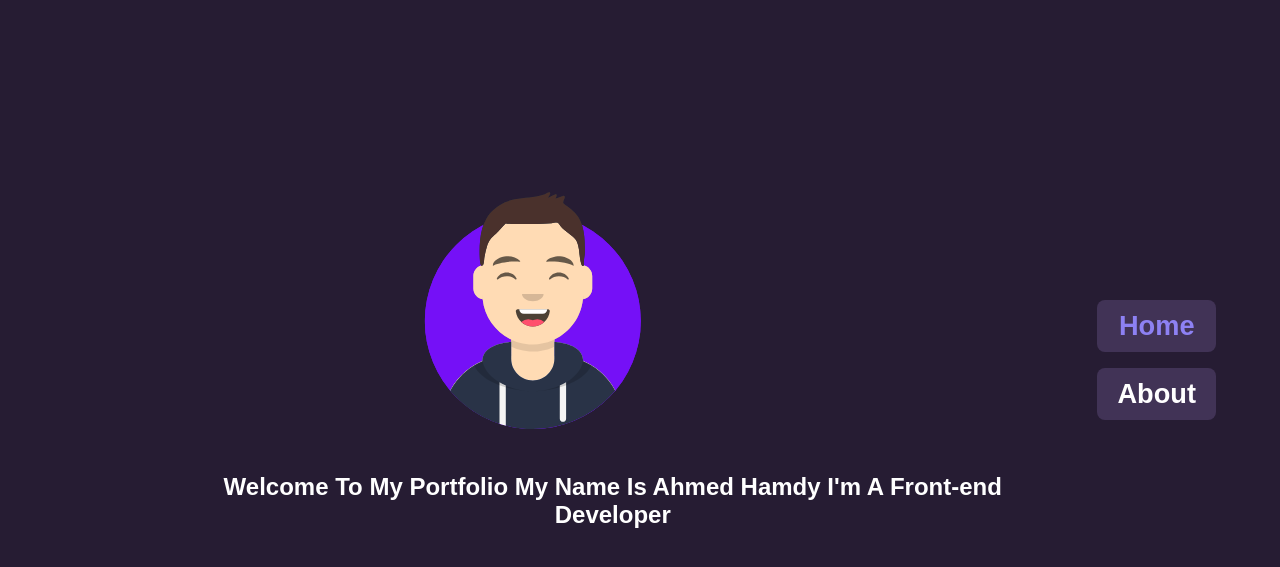
Repository: ahamdy997/portfolio
Page: /
An editor plug-in stored every save of this project. The page is shown before and after the next save, followed by the edit.
The browser window is 1280 px wide. The pictures show the whole page.
The project was rebuilt for these pictures with package versions that can differ from the ones it lists, and the page was loaded fresh each time. Also part of the build but not shown: vue.config.js.

Above is the page before, as saved 2023-11-05 23:10:19.

After the next save:
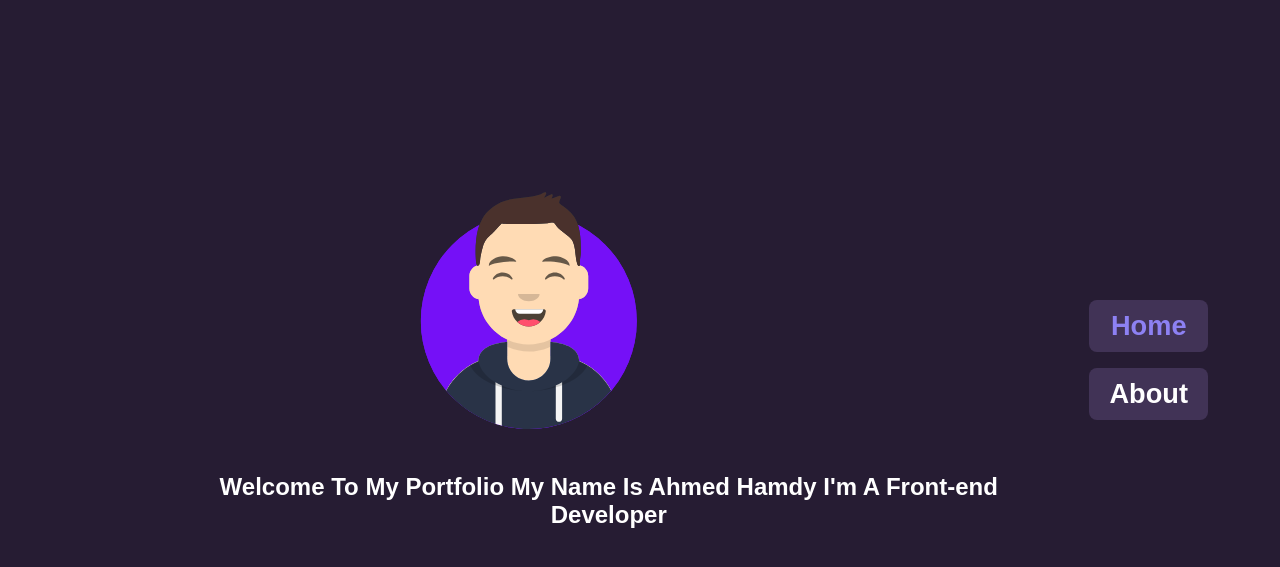
Saved 6 s later.
--- a/src/App.vue
+++ b/src/App.vue
@@ -41,7 +41,7 @@ nav {
   display: flex;
   flex-direction: column;
   gap: 1rem;
-  margin-right: 1rem;
+  margin-right: 1.5rem;
 }
 body {
   font-family: sans-serif;
